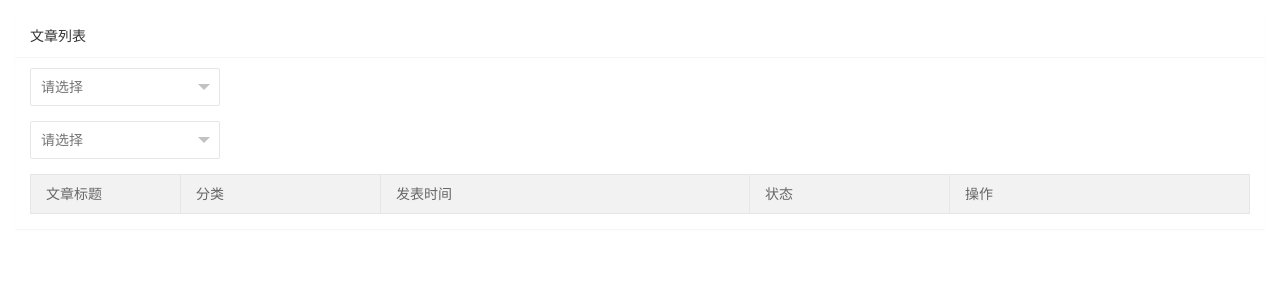
Repository: xxsleep/-
Page: home/article/art_list.html
An editor plug-in stored every save of this project. The page is shown before and after the next save, followed by the edit.
The browser window is 1280 px wide. The pictures show the whole page.
The page's requests for data from a server got no answer.

Above is the page before, as saved 2020-11-28 10:15:26.
Console error: TypeError: Cannot read properties of undefined (reading 'status')

### home/article/art_list.html
<!DOCTYPE html>
<html lang="en">

<head>
    <meta charset="UTF-8">
    <meta name="viewport" content="width=device-width, initial-scale=1.0">
    <title>Document</title>
    <link rel="stylesheet" href="/assets/lib/layui/css/layui.css">
    <link rel="stylesheet" href="/assets/css/article/art_list.css">
</head>

<body>
    <div class="layui-card">
        <div class="layui-card-header">文章列表</div>
        <div class="layui-card-body">
            <form class="layui-form" action="">
                <div class="layui-form-item">
                    <select name="city" lay-verify="required">
                        <option value=""></option>
                        <option value="0">北京</option>
                        <option value="1">上海</option>
                        <option value="2">广州</option>
                        <option value="3">深圳</option>
                        <option value="4">杭州</option>
                    </select>
                </div>
                <div class="layui-form-item">
                    <select name="city" lay-verify="required">
                        <option value=""></option>
                        <option value="0">北京</option>
                        <option value="1">上海</option>
                        <option value="2">广州</option>
                        <option value="3">深圳</option>
                        <option value="4">杭州</option>
                    </select>
                </div>
            </form>
            <table class="layui-table">
                <colgroup>
                    <col width="150">
                    <col width="200">
                    <col>
                    <col width="200">
                    <col width="300">
                </colgroup>
                <thead>
                    <tr>
                        <th>文章标题</th>
                        <th>分类</th>
                        <th>发表时间</th>
                        <th>状态</th>
                        <th>操作</th>
                    </tr>
                </thead>
                <tbody>
                    <!-- <tr>
                        <td>贤心</td>
                        <td>2016-11-29</td>
                        <td>人生就像是一场修行</td>
                        <td>人生就像是一场修行</td>
                        <td></td>
                    </tr> -->

                </tbody>
            </table>
        </div>
    </div>

    <script type="text/html" id="trTpl">
        {{each data v i}}
        <tr>
            <td>{{v.title}}</td>
            <td>{{v.cate_name}}</td>
            <td>{{v.pub_date}}</td>
            <td>{{v.state}}</td>
            <td>
                <button type="button" class="layui-btn layui-btn-xs">编辑</button>
                <button type="button" class="layui-btn layui-btn-danger layui-btn-xs">删除</button>
            </td>
        </tr>
        {{/each}}
    </script>

    <script src="/assets/lib/jquery.js"></script>
    <script src="/assets/lib/layui/layui.all.js"></script>
    <script src="/assets/lib/template-web.js"></script>
    <script src="/assets/js/ajaxBase.js"></script>
    <script src="/assets/js/article/art_list.js"></script>
</body>

</html>

### assets/css/article/art_list.css
* {
    margin: 0;
    padding: 0;
}

body {
    padding: 15px;
}

.layui-form-item {
    width: 190px;
    float: left;
}

### assets/js/ajaxBase.js
$.ajaxPrefilter(function (options) {
    options.url = "http://ajax.frontend.itheima.net" + options.url;

    if (options.url.indexOf("/my/") !== -1) {
        options.headers = {
            Authorization: localStorage.getItem("token"),
        };
    }

    options.complete = function (xhr) {
        if (xhr.responseJSON.status === 1 && xhr.responseJSON.message === '身份认证失败') {
            localStorage.removeItem('token')
            location.href = '/home/login.html'
        }
    }





});

### assets/js/article/art_list.js
$(function () {
    let form = layui.form
    let layer = layui.layer

    // getList()
    let query = {
        pagenum: 1, // 页码值, 默认加载第一页的数据
        pagesize: 2, // 每页显示多少条数据
        cate_id: "", // 文章分类的 Id
        state: "", // 文章的状态，可选值有：已发布、草稿
    };

    // function getList() {
    $.ajax({
        url: '/my/article/list',
        data: query,
        success: function (res) {
            console.log(res);
            console.log(template('trTpl', res));
            $('tbody').html(template('trTpl', res))
        }
    })
    // }

})

Loaded but not shown: assets/lib/layui/css/layui.css (library); assets/lib/jquery.js (library); assets/lib/layui/layui.all.js (library); assets/lib/template-web.js (library); assets/lib/layui/css/modules/laydate/default/laydate.css (library); assets/lib/layui/css/modules/layer/default/layer.css (library); assets/lib/layui/css/modules/code.css (common file)

After the next save:
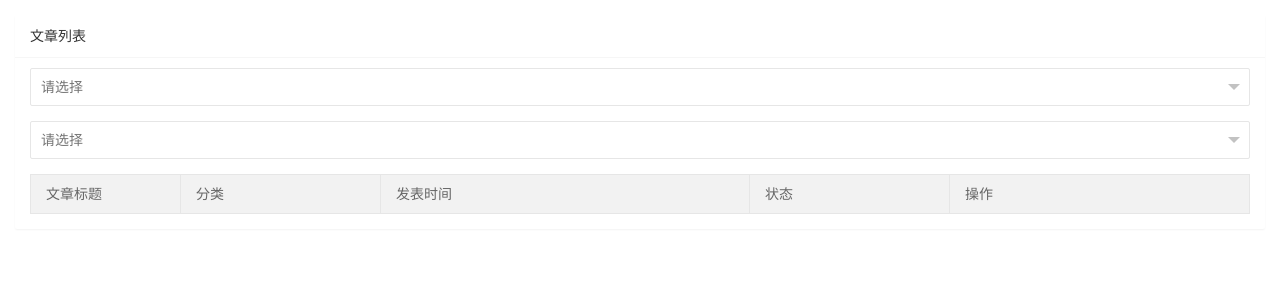
Saved 3 min 0 s later.
--- a/assets/css/article/art_list.css
+++ b/assets/css/article/art_list.css
@@ -7,7 +7,7 @@ body {
     padding: 15px;
 }
 
-.layui-form-item {
+/* .layui-form-item {
     width: 190px;
     float: left;
-}
+} */
